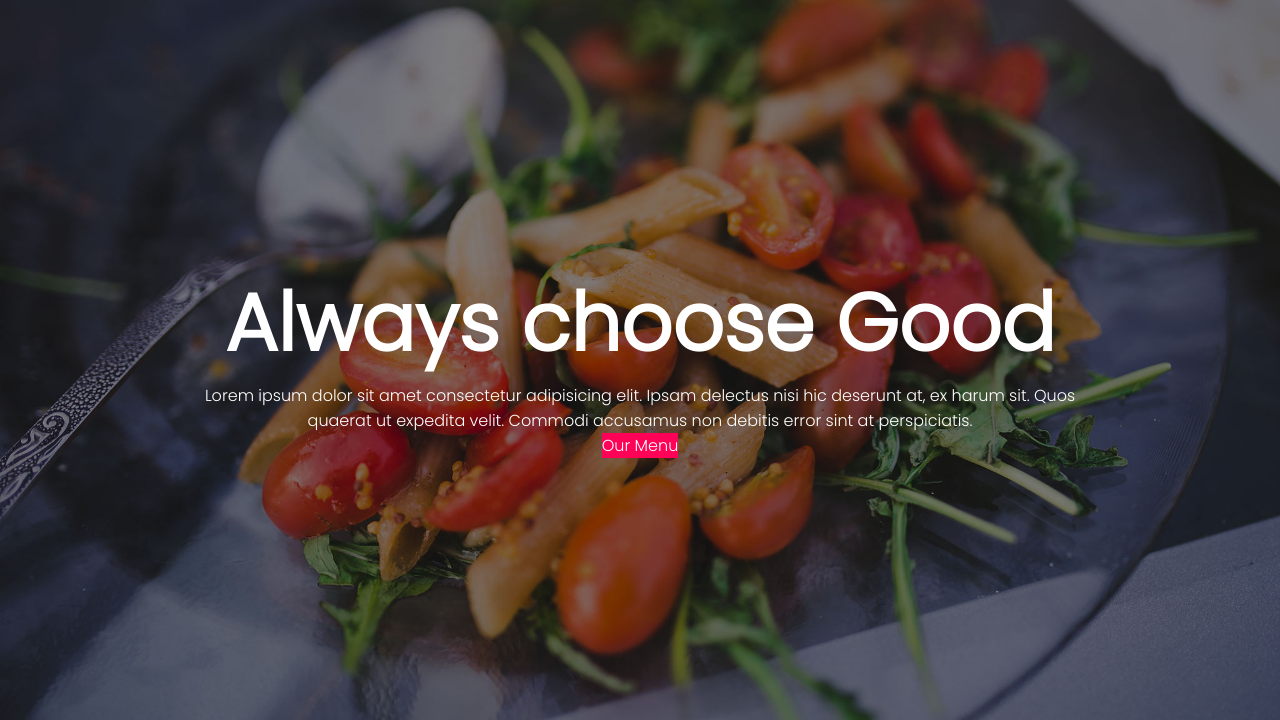
Repository: Adriandias1997/MobileFriendly_FoodWebsite
Page: index.html
The author's editor kept a copy of each file at every save. The page is drawn from the files as they stood at one save, then again after the next save.
The browser window is 1280 px wide. The pictures show the whole page.

Above is the page before, as saved 2020-10-16 10:31:00.

After the next save:
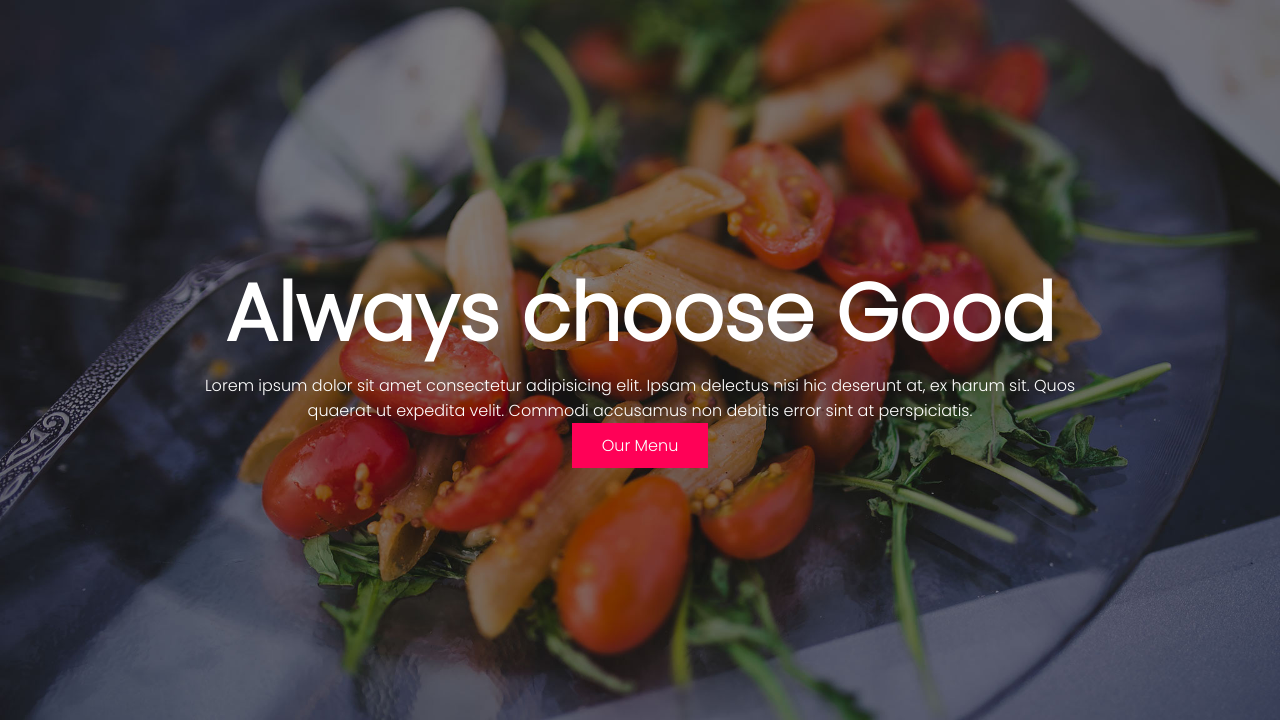
Saved 18 s later.
--- a/style.css
+++ b/style.css
@@ -42,5 +42,6 @@ p {
     color: #fff;
     background: #ff0157;
     display: inline-block;
+    padding: 10px 30px;
     text-decoration: none;
 }
